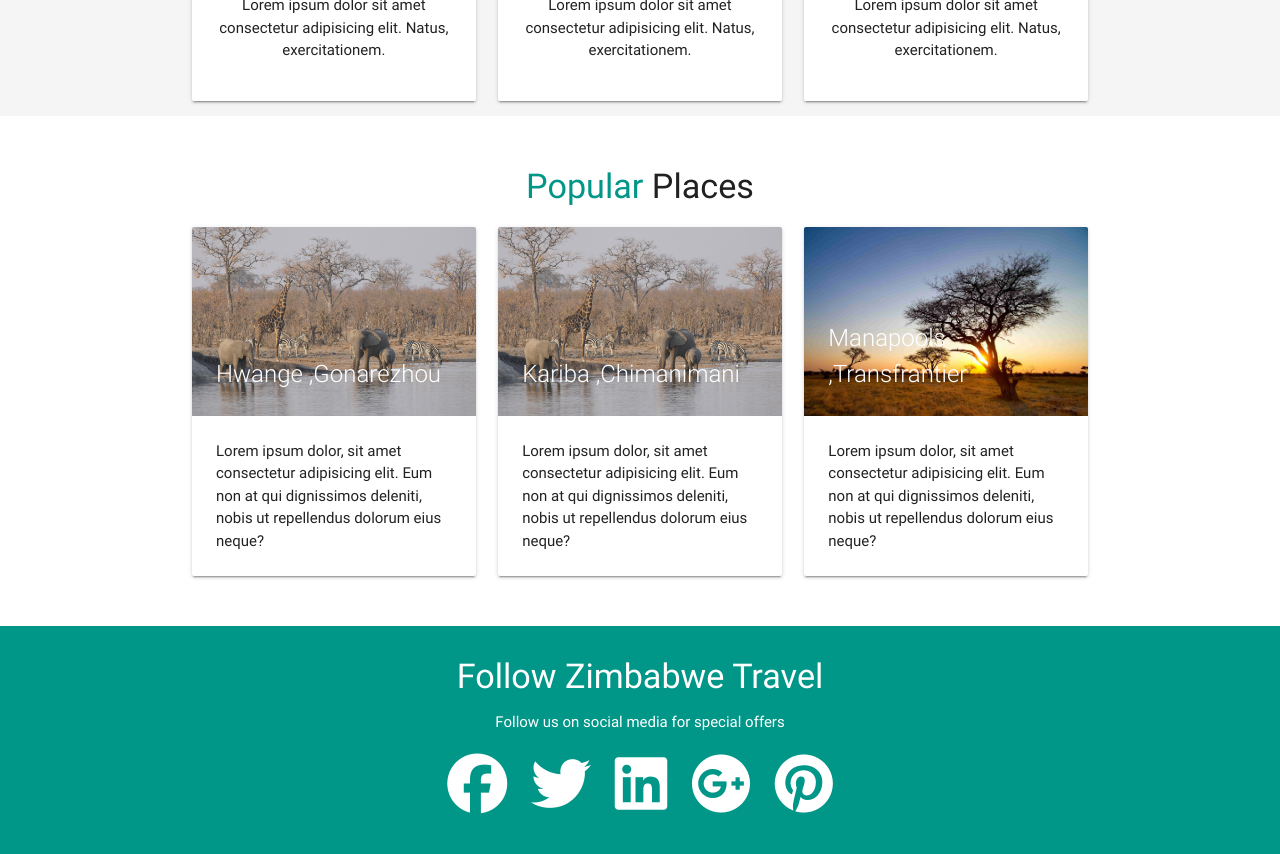
Repository: farrdy/materialize_website1_zim
Page: index.html
The author's editor kept a copy of each file at every save. The page is drawn from the files as they stood at one save, then again after the next save.
The browser window is 1280 px wide. The pictures show the part of the page from y = 976 to 1928 px (the page is 1830 px tall before and 1928 px after).
Some web libraries are served in a nearby version.

Above is the page before, as saved 2020-01-01 22:55:13.

### index.html
<!DOCTYPE html>
<html>
  <head>
    <!--Import Google Icon Font-->
    <link
      href="https://fonts.googleapis.com/icon?family=Material+Icons"
      rel="stylesheet"
    />
    <!--Import materialize.css-->
    <link
      type="text/css"
      rel="stylesheet"
      href="css/materialize.min.css"
      media="screen,projection"
    />
    <link type="text/css" rel="stylesheet" href="css/main.css" />
    <script
      src="https://kit.fontawesome.com/04d0fe07bd.js"
      crossorigin="anonymous"
    ></script>

    <!--Let browser know website is optimized for mobile-->
    <meta name="viewport" content="width=device-width, initial-scale=1.0" />
    <title>Custom Materialize Theme</title>
  </head>

  <body>
    <div class="navbar-fixed">
      <nav class="teal">
        <div class="container">
          <div class="nav-wrapper">
            <a href="#Home" class="brand-logo">Zimbabwe Travelville</a>
            <a href="#" data-activates="mobile-nav" class="button-collapse">
              <i class="material-icons">menu</i>
            </a>
            <ul class=" right hide-on-med-and-down">
              <li><a href="#home">Home</a></li>
              <li><a href="#search">Search</a></li>
              <li><a href="#popular">Popular Places</a></li>
              <li><a href="#gallery">Gallery</a></li>
              <li><a href="#contact">Contact</a></li>
            </ul>
          </div>
        </div>
      </nav>
    </div>
    <ul class="side-nav" id="mobile-nav">
      <li><a href="#home">Home</a></li>
      <li><a href="#search">Search</a></li>
      <li><a href="#popular">Popular Places</a></li>
      <li><a href="#gallery">Gallery</a></li>
      <li><a href="#contact">Contact</a></li>
    </ul>

    <section class="slider">
      <ul class="slides">
        <li>
          <img src="img/resort1.jpg" alt="" />
          <div class="caption center-align">
            <h2>Take your dream vacation</h2>
            <h5 class="light grey-text  text-lighten-3 hide-on-small-only">
              Lorem ipsum, dolor sit amet consectetur adipisicing elit. Ipsam
              culpa optio explicabo! Facilis iure dolorem exercitationem
            </h5>
            <a href="#" class="btn btn-large">Learn More</a>
          </div>
        </li>
        <li>
          <img src="img/resort2.jpg" alt="" />
          <div class="caption left-align">
            <h2>We works with all budgets</h2>
            <h5 class="light grey-text  text-lighten-3 hide-on-small-only">
              Lorem ipsum, dolor sit amet consectetur adipisicing elit. Ipsam
              culpa optio explicabo! Facilis iure dolorem exercitationem
            </h5>
            <a href="#" class="btn btn-large">Learn More</a>
          </div>
        </li>
        <li>
          <img src="img/resort3.jpg" alt="" />
          <div class="caption right-align">
            <h2>Group & Individual Getaways</h2>
            <h5 class="light grey-text  text-lighten-3 hide-on-small-only">
              Lorem ipsum, dolor sit amet consectetur adipisicing elit. Ipsam
              culpa optio explicabo! Facilis iure dolorem exercitationem
            </h5>
            <a href="#" class="btn btn-large">Learn More</a>
          </div>
        </li>
      </ul>
    </section>

    <!-- Section :Search -->
    <section class="section section-search teal darken-1 white-text center">
      <div class="container">
        <div class="row">
          <div class="col s12">
            <h3>Search Destinations</h3>
            <div class="input-field">
              <input
                type="text"
                class="white grey-text autocomplete"
                placeholder="Victoria Falls,Nganga Mountains,Kariba Dam etc..."
                id="autocomplete-input"
              />
            </div>
          </div>
        </div>
      </div>
    </section>
    <!-- Section :Icon Boxes -->

    <section class="section-icons grey lighten-4 center">
      <div class="container">
        <div class="row">
          <div class="col s12 m4">
            <div class="card-panel">
              <i class="material-icons large teal-text">room</i>
              <h4>Pick Where</h4>
              <p>
                Lorem ipsum dolor sit amet consectetur adipisicing elit. Natus,
                exercitationem.
              </p>
            </div>
          </div>
          <div class="col s12 m4">
            <div class="card-panel">
              <i class="material-icons large teal-text">store</i>
              <h4>Travel Shop</h4>
              <p>
                Lorem ipsum dolor sit amet consectetur adipisicing elit. Natus,
                exercitationem.
              </p>
            </div>
          </div>
          <div class="col s12 m4">
            <div class="card-panel">
              <i class="material-icons large teal-text">airplanemode_active</i>
              <h4>Fly cheap</h4>
              <p>
                Lorem ipsum dolor sit amet consectetur adipisicing elit. Natus,
                exercitationem.
              </p>
            </div>
          </div>
        </div>
      </div>
    </section>

    <!-- Section:Popular -->

    <section class=" section section-popular">
      <div class="container">
        <div class="row">
          <h4 class="center">
            <span class="teal-text">Popular</span>
            Places
          </h4>
          <div class="col s12 m4">
            <div class="card">
              <div class="card-image">
                <img src="img/resort2.jpg" alt="" />
                <span class="card-title">Hwange ,Gonarezhou</span>
              </div>
              <div class="card-content">
                <p>
                  Lorem ipsum dolor, sit amet consectetur adipisicing elit. Eum
                  non at qui dignissimos deleniti, nobis ut repellendus dolorum
                  eius neque?
                </p>
              </div>
            </div>
          </div>
          <div class="col s12 m4">
            <div class="card">
              <div class="card-image">
                <img src="img/resort2.jpg" alt="" />
                <span class="card-title">Kariba ,Chimanimani</span>
              </div>
              <div class="card-content">
                <p>
                  Lorem ipsum dolor, sit amet consectetur adipisicing elit. Eum
                  non at qui dignissimos deleniti, nobis ut repellendus dolorum
                  eius neque?
                </p>
              </div>
            </div>
          </div>
          <div class="col s12 m4">
            <div class="card">
              <div class="card-image">
                <img src="img/resort3.jpg" alt="" />
                <span class="card-title">Manapools ,Transfrantier</span>
              </div>
              <div class="card-content">
                <p>
                  Lorem ipsum dolor, sit amet consectetur adipisicing elit. Eum
                  non at qui dignissimos deleniti, nobis ut repellendus dolorum
                  eius neque?
                </p>
              </div>
            </div>
          </div>
        </div>
      </div>
    </section>

    <!-- Section:Follow -->

    <section class="section section-follow teal darkern-2 white-text center">
      <div class="container">
        <div class="row">
          <div class="col s12">
            <h4>Follow Zimbabwe Travel</h4>
            <p>Follow us on social media for special offers</p>
            <a href="https://facebook.com" class="white-text" target="_blank">
              <i class="fab fa-facebook fa-4x"></i>
            </a>
            <a href="https://twitter.com" class="white-text" target="_blank">
              <i class="fab fa-twitter fa-4x"></i>
            </a>
            <a href="https://linkedin.com" class="white-text" target="_blank">
              <i class="fab fa-linkedin fa-4x"></i>
            </a>
            <a href="https://googleplus.com" class="white-text" target="_blank">
              <i class="fab fa-google-plus fa-4x"></i>
            </a>
            <a href="https://pinterest.com" class="white-text" target="_blank">
              <i class="fab fa-pinterest fa-4x"></i>
            </a>
          </div>
        </div>
      </div>
    </section>

    <!--Import jQuery before materialize.js-->
    <script
      type="text/javascript"
      src="https://code.jquery.com/jquery-3.2.1.min.js"
    ></script>
    <script type="text/javascript" src="js/materialize.min.js"></script>

    <script>
      $(document).ready(function() {
        // Custom JS & jQuery here
        $(".button-collapse").sideNav();

        $(".slider").slider({
          indicators: false,
          height: 500,
          transition: 500,
          interval: 6000
        });

        $(".autocomplete").autocomplete({
          data: {
            Nyanga: null,
            Kariba: null,
            "Victoria Falls": null,
            "Gonarezhouu National park": null,
            "Hwange National Park": null,
            "Manapools National Park": null,
            Chimanimani: null
          }
        });
      });
    </script>
  </body>
</html>

### css/main.css
.slider .btn {
  margin-top: 20px;
}

.section-search input {
  padding: 5x !important;
  font-size: 18px !important;
  width: 90% !important;
  border: #f4f4f4 3px solid !important;
}

.autocomplete-content {
  position: absolute;
  width: 100%;
  text-align: center;
}

.section-follow .fa-4x {
  margin: 5px 10px;
}

Loaded but not shown: css/materialize.min.css (library); js/materialize.min.js (library)

After the next save:
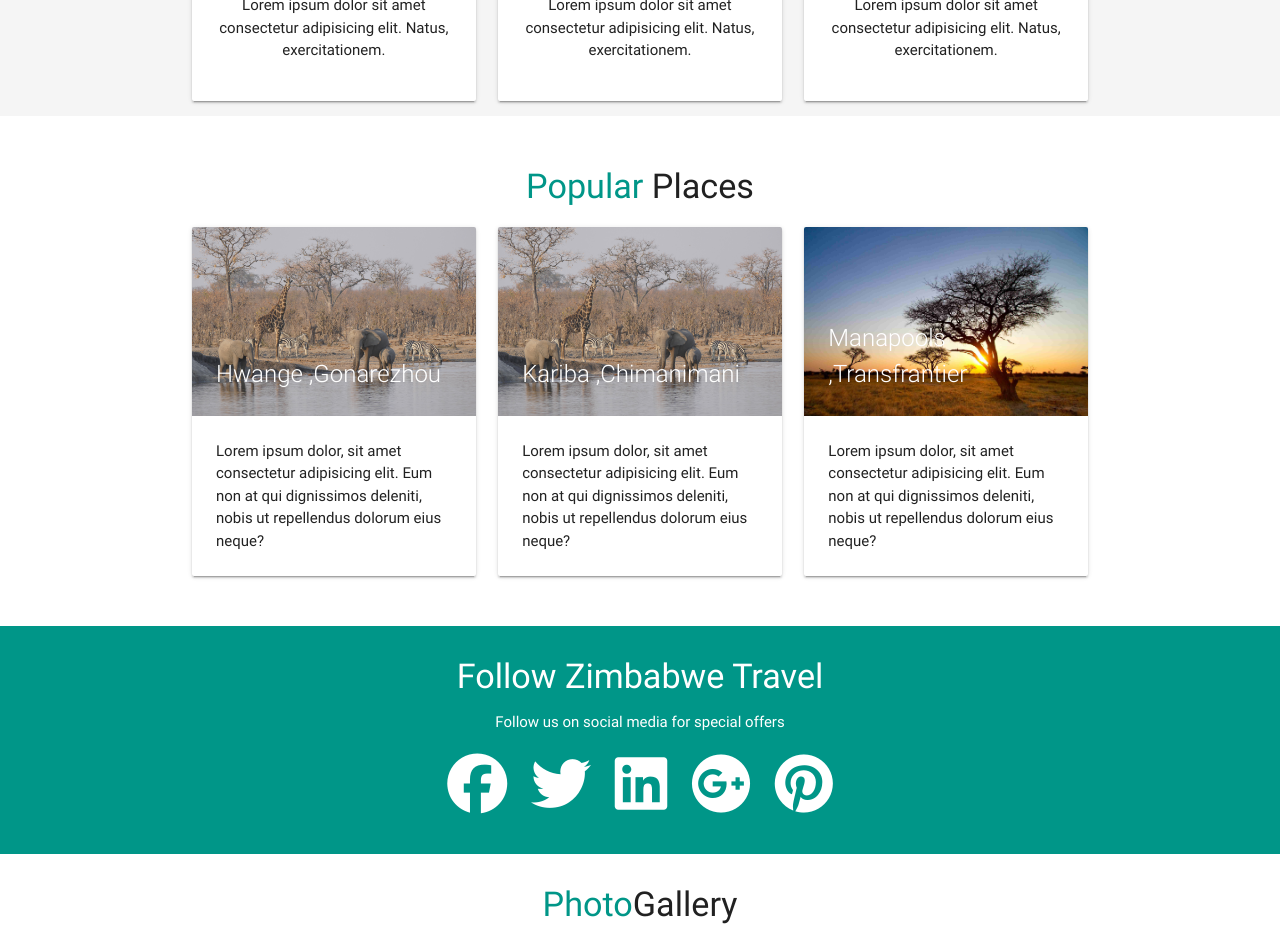
Saved 3 min 31 s later.
--- a/index.html
+++ b/index.html
@@ -233,6 +233,13 @@
       </div>
     </section>
 
+    <!-- section : Gallery -->
+    <section class="section section-gallery">
+      <div class="container">
+        <h4 class="center"><span class="teal-text">Photo</span>Gallery</h4>
+      </div>
+    </section>
+
     <!--Import jQuery before materialize.js-->
     <script
       type="text/javascript"
